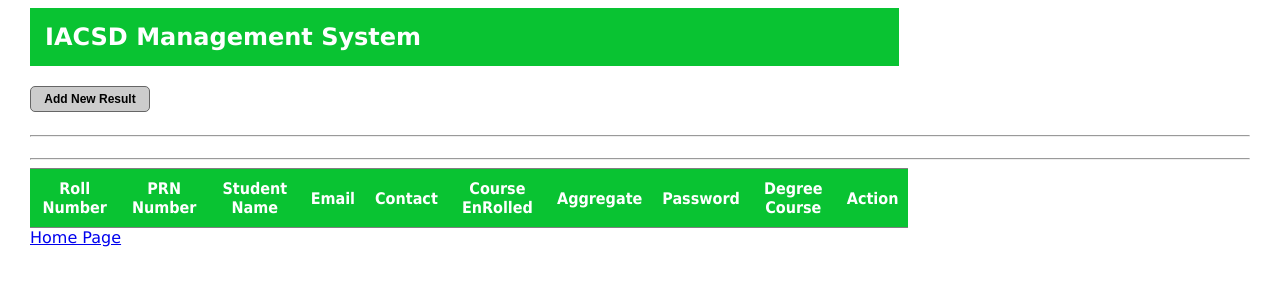
Repository: vsc8791/IMS
Page: http://localhost/web-customer-tracker/WEB-INF/view/list-results.jsp
The author's editor kept a copy of each file at every save. The page is drawn from the files as they stood at one save, then again after the next save.
The browser window is 1280 px wide. The pictures show the whole page.
The page is served by Tomcat 9. Nobody is signed in. The template is opened directly, without the code that normally fills it, so the values that code supplies are empty.

Above is the page before, as saved 2018-07-28 06:19:07.

After the next save:
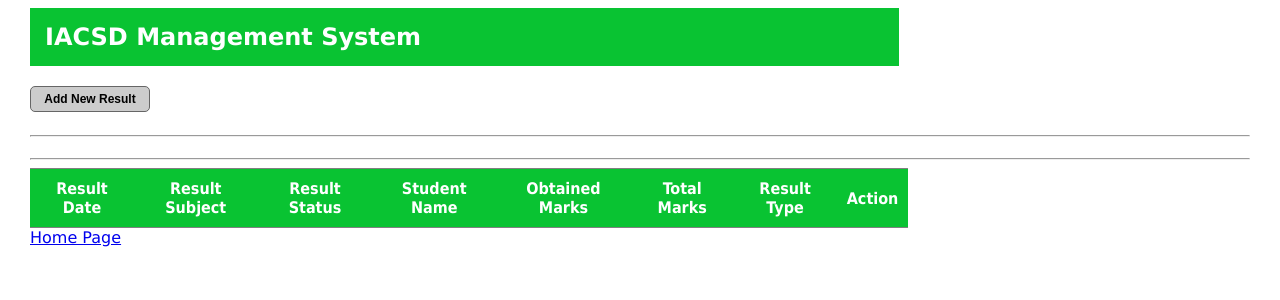
Saved 2 min 19 s later.
--- a/web-customer-tracker/WebContent/WEB-INF/view/list-results.jsp
+++ b/web-customer-tracker/WebContent/WEB-INF/view/list-results.jsp
@@ -44,15 +44,14 @@
 
 			<table>
 				<tr>
-					<th>Roll Number</th>
-					<th>PRN Number</th>
+					<th>Result Date</th>
+					<th>Result Subject</th>
+					<th>Result Status</th>
 					<th>Student Name</th>
-					<th>Email</th>
-					<th>Contact</th>
-					<th>Course EnRolled</th>
-					<th>Aggregate</th>
-					<th>Password</th>
-					<th>Degree Course</th>
+					<th>Obtained Marks</th>
+					<th>Total Marks</th>
+					<th>Result Type</th>
+
 					<th>Action</th>
 				</tr>
 
